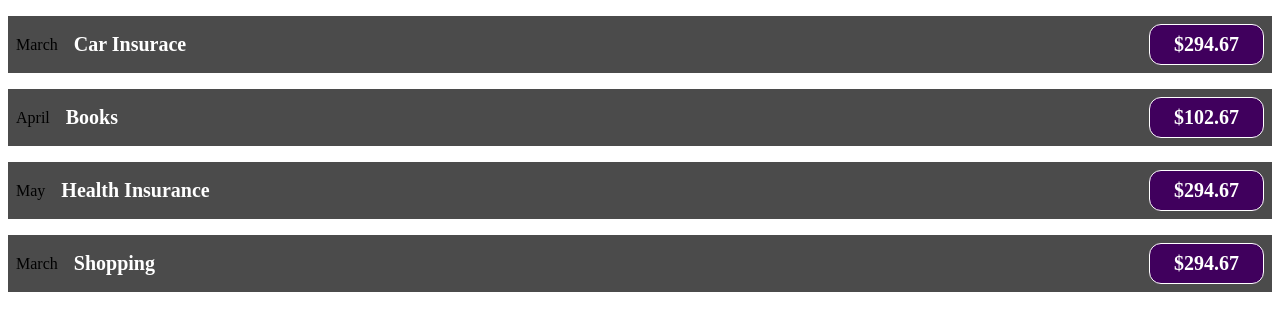
Repository: AbrorjonKuchkarov/expence-tracker-react
Page: /
The author's editor kept a copy of each file at every save. The page is drawn from the files as they stood at one save, then again after the next save.
The browser window is 1280 px wide. The pictures show the whole page.
The project was rebuilt for these pictures with package versions that can differ from the ones it lists, and the page was loaded fresh each time. Also part of the build but not shown: src/App.css.

Above is the page before, as saved 2022-04-13 16:01:06.

### src/App.js
import "./App.css";
import ExpenseItem from "./components/ExpenseItem";

function App() {
  const expenses = [
    {
      id: "01",
      title: "Car Insurace",
      amount: 294.67,
      date: new Date(2022, 2, 28),
    },
    {
      id: "02",
      title: "Books",
      amount: 102.67,
      date: new Date(2022, 3, 28),
    },
    {
      id: "03",
      title: "Health Insurance",
      amount: 294.67,
      date: new Date(2022, 4, 2),
    },
    {
      id: "04",
      title: "Shopping",
      amount: 294.67,
      date: new Date(2022, 2, 28),
    },
  ];
  return (
    <div>
      <ExpenseItem
        title={expenses[0].title}
        amount={expenses[0].amount}
        date={expenses[0].date}
      ></ExpenseItem>
      <ExpenseItem
        title={expenses[1].title}
        amount={expenses[1].amount}
        date={expenses[1].date}
      ></ExpenseItem>
      <ExpenseItem
        title={expenses[2].title}
        amount={expenses[2].amount}
        date={expenses[2].date}
      ></ExpenseItem>
      <ExpenseItem
        title={expenses[3].title}
        amount={expenses[3].amount}
        date={expenses[3].date}
      ></ExpenseItem>
    </div>
  );
}

export default App;

### src/components/ExpenseItem.js
import React from "react";
import "./ExpenseItem.css";

const ExpenseItem = (props) => {
  const month = props.date.toLocaleString("en-US", { month: "long" });
  const day = props.date.toLocaleString("en-US", { day: "2-digit" });
  return (
    <div className="expense-item">
      <div>
        <div>{month}</div>
        <div></div>
        <div></div>
      </div>
      <div className="expense-item__description">
        <h2>{props.title}</h2>
        <div className="expense-item__price">${props.amount}</div>
      </div>
    </div>
  );
};

export default ExpenseItem;

### src/components/ExpenseItem.css
.expense-item{
   display: flex;
   justify-content: space-between;
   align-items: center;
   box-shadow: 0, 2px, 8px rgba(0,0,0,0.25);
   padding: 0.5rem;
   margin: 1rem 0;
   background-color: #4b4b4b;
}

.expense-item__description{
   display: flex;
   flex-direction: column;
   gap: 1rem;
   align-items: flex-end;
   flex-flow: column-reverse;
   justify-content: flex-start;
   flex: 1;
}

.expense-item h2{
   color: #3a3a3a;
   font-size: 1rem;
   flex: 1;
   margin: 0 1rem;
   color: white;
}

.expense-item__price {
   font-size: 1rem;
   font-weight: bold;
   color: white;
   background-color: #40005d;
   border: 1px solid white;
   padding: 0.5rem;
   border-radius: 12px;
}

@media (min-width: 580px){
   .expense-item__description{
      flex-direction: row;
      align-items: center;
      justify-content: flex-start;
      flex: 1;
   }

   .expense-item__description h2 {
      font-size: 1.25rem;
   }

   .expense-item__price {
      font-size: 1.25rem;
      padding: 0.5rem 1.5rem;
   }
}

Loaded but not shown: public/index.html (common file); src/index.js (common file)

After the next save:
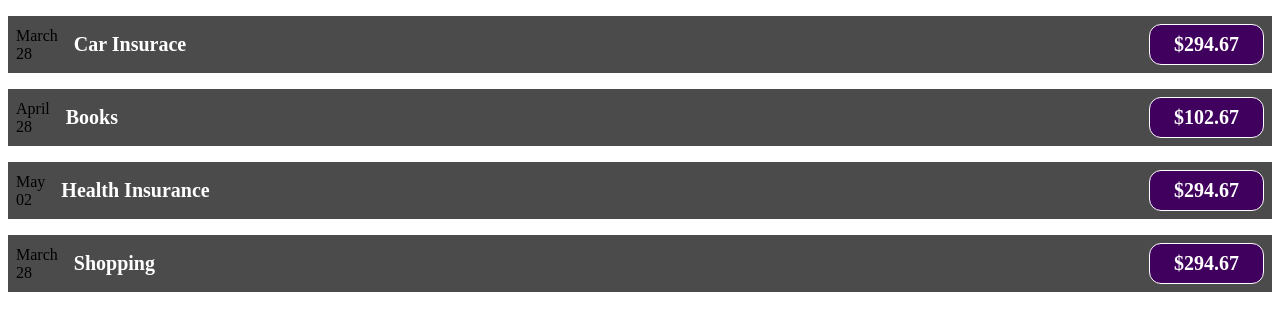
Saved 14 s later.
--- a/src/components/ExpenseItem.js
+++ b/src/components/ExpenseItem.js
@@ -8,7 +8,7 @@ const ExpenseItem = (props) => {
     <div className="expense-item">
       <div>
         <div>{month}</div>
-        <div></div>
+        <div>{day}</div>
         <div></div>
       </div>
       <div className="expense-item__description">
